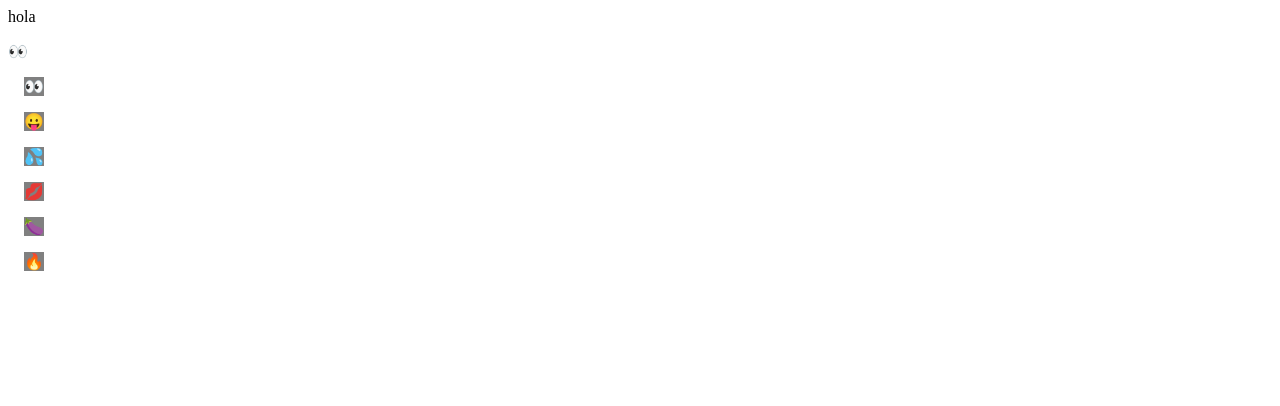
Repository: gabrielardevol/portfolio-react
Page: javascript_domestika/exercici_memory/exercici/html.html
The author's editor kept a copy of each file at every save. The page is drawn from the files as they stood at one save, then again after the next save.
The browser window is 1280 px wide. The pictures show the whole page.

Above is the page before, as saved 2022-12-21 13:07:38.

### javascript_domestika/exercici_memory/exercici/html.html
<head>
  <meta charset="utf-8">
  <style>
  .carta {
    background-color: grey;
    width: fit-content;
    margin: 1em;
  }
  </style>
</head>
<body>
  <div id="mesa"></div>

  <script src="js.js">
  </script>
</body>

### javascript_domestika/exercici_memory/exercici/js.js
function saludar(){
  alert("hola")
}
saludar()

/////////////////////////////

array = ["👀","😛","💦","💋","🍆","🔥"]

array.forEach(function(elemento, índice) {
  console.log(elemento, índice);
})

////////////////////////////

var mesa = document.querySelector("#mesa");
//console.log(mesa)
mesa.innerHTML = "<p> hola </p>"
div = document.createElement("div")
div.innerHTML = "👀"
//console.log(div)
mesa.appendChild(div)

////////////////////////////

array.forEach(function(elemento, índice) {
  div = document.createElement("div") ;
  div.innerHTML =
  "<div class='carta'>" +
  elemento +
  "</div>"
  //aquí es copiaria la classe, etc
  mesa.appendChild(div) ;
})

// per a duplicar el nombre de targetes, concatenar l'array amb sí mateix

After the next save:
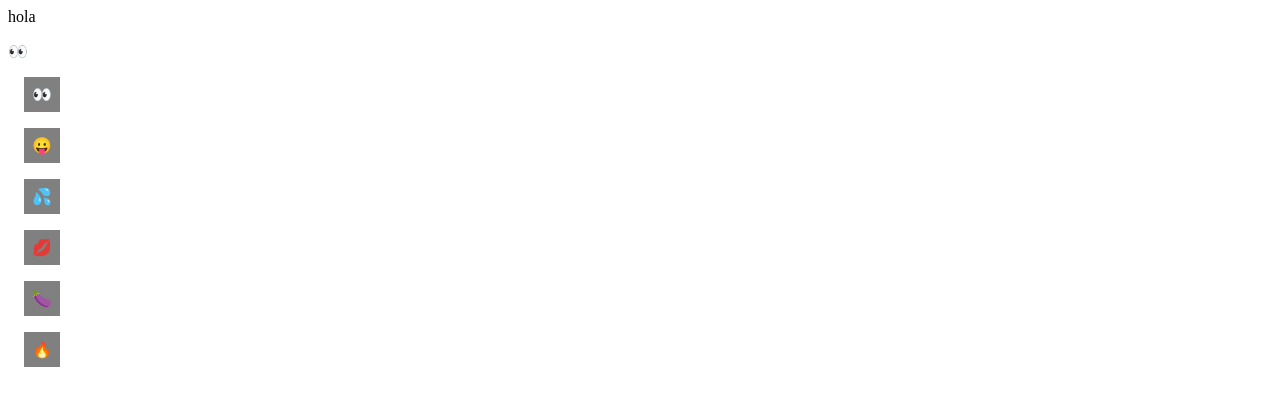
Saved 14 s later.
--- a/javascript_domestika/exercici_memory/exercici/html.html
+++ b/javascript_domestika/exercici_memory/exercici/html.html
@@ -5,6 +5,7 @@
     background-color: grey;
     width: fit-content;
     margin: 1em;
+    padding: 0.5em
   }
   </style>
 </head>
